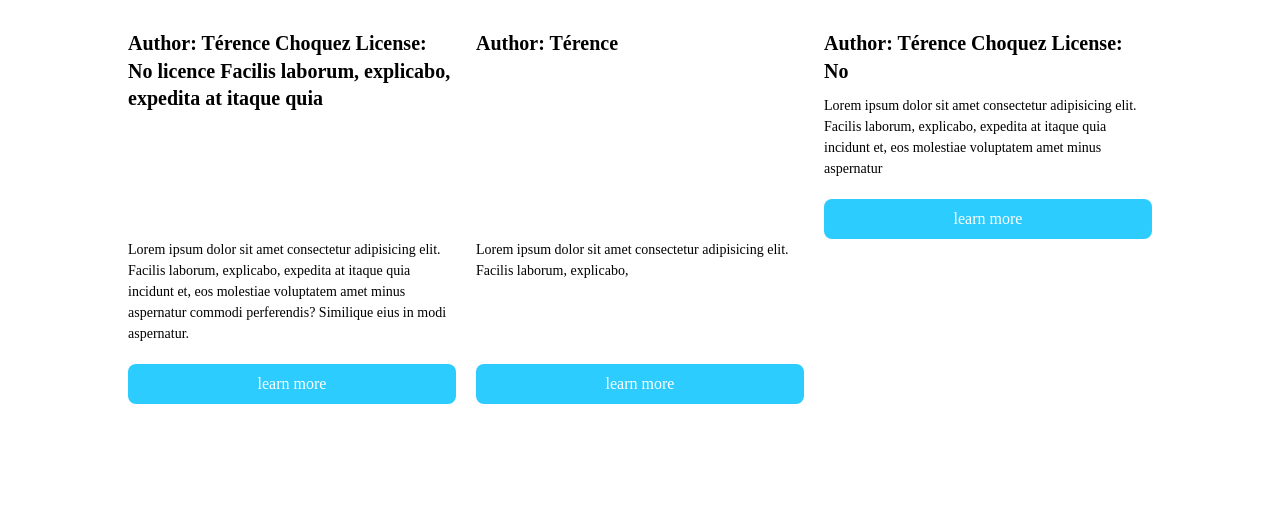
Repository: dinhhaidh/subgrid
Page: index.html
An editor plug-in stored every save of this project. The page is shown before and after the next save, followed by the edit.
The browser window is 1280 px wide. The pictures show the part of the page from y = 220 to 740 px (the page is 740 px tall).

Above is the page before, as saved 2024-01-08 15:39:28.

### index.html
<!DOCTYPE html>
<html lang="en">
<head>
    <meta charset="UTF-8">
    <meta name="viewport" content="width=device-width, initial-scale=1.0">
    <title>Document</title>
    <link rel="stylesheet" href="style.css">
</head>
<body>
    <div class="card-list">
        <div class="card">
            <div class="card-image">
                <img src="https://images.unsplash.com/photo-1506946526854-9aad1ec915cb?q=80&w=1887&auto=format&fit=crop&ixlib=rb-4.0.3&ixid=M3wxMjA3fDB8MHxwaG90by1wYWdlfHx8fGVufDB8fHx8fA%3D%3D" alt="">
            </div>
            <h3 class="card-title">Author: Térence Choquez License: No licence Facilis laborum, explicabo, expedita at itaque quia</h3>
            <p class="card-desc">Lorem ipsum dolor sit amet consectetur adipisicing elit. Facilis laborum, explicabo, expedita at itaque quia incidunt et, eos molestiae voluptatem amet minus aspernatur commodi perferendis? Similique eius in modi aspernatur.
            </p>
            <a href="#" class="card-more">learn more</a>
        </div>
        <div class="card">
            <div class="card-image">
                <img src="https://images.unsplash.com/photo-1506946526854-9aad1ec915cb?q=80&w=1887&auto=format&fit=crop&ixlib=rb-4.0.3&ixid=M3wxMjA3fDB8MHxwaG90by1wYWdlfHx8fGVufDB8fHx8fA%3D%3D" alt="">
            </div>
            <h3 class="card-title">Author: Térence </h3>
            <p class="card-desc">Lorem ipsum dolor sit amet consectetur adipisicing elit. Facilis laborum, explicabo,</p>
            <a href="#" class="card-more">learn more</a>
        </div>
        <div class="card">
            <div class="card-image">
                <img src="https://images.unsplash.com/photo-1506946526854-9aad1ec915cb?q=80&w=1887&auto=format&fit=crop&ixlib=rb-4.0.3&ixid=M3wxMjA3fDB8MHxwaG90by1wYWdlfHx8fGVufDB8fHx8fA%3D%3D" alt="">
            </div>
            <div class="card-content">
                <h3 class="card-title">Author: Térence Choquez License: No </h3>
                <p class="card-desc">Lorem ipsum dolor sit amet consectetur adipisicing elit. Facilis laborum, explicabo, expedita at itaque quia incidunt et, eos molestiae voluptatem amet minus aspernatur
                </p>
                <a href="#" class="card-more">learn more</a>
            </div>
        </div>
    </div>
</body>
</html>

### style.css
*,
*:before,
*:after {
  box-sizing: border-box;
}
* {
  margin: 0;
  padding: 0;
  font: inherit;
}
img,
picture,
svg,
video {
  display: block;
  max-width: 100%;
}
input,
select,
textarea {
  background-color: transparent;
  outline: none;
}
button {
  cursor: pointer;
  background-color: transparent;
  outline: none;
  border: 0;
}
body {
  min-height: 100vh;
  font-weight: 400;
  font-size: 16px;
  line-height: 1;
}
.card-list{
    display: grid;
    grid-template-columns: repeat(3, minmax(0, 1fr));
    gap: 20px;
    max-width: 1024px;
    margin: 20px auto;
}
.card-image{
    height: 200px;
    margin-bottom: 20px;
}
.card-image img {
    width: 100%;
    height: 100%;
    object-fit: cover;
}
.card-title{
    font-size: 20px;
    font-weight: 600;
    margin-bottom: 10px;
    margin-top: 10px;
    line-height: 1.375;
}
.card-desc{
    font-size: 14px;
    line-height: 1.5;
    margin-bottom: 20px;
}
.card-more{
    display: block;
    text-decoration: none;
    color: white;
    background-color: #2cccff;
    padding: 12px;
    border-radius: 8px;
    text-align: center;
}
.card{
    display: grid;
    grid-template-rows: subgrid;
    grid-row: span  4;
    /* grid-row: span  4; nó tương ứng vs 4 phần tử */
    gap: 0;

}

After the next save:
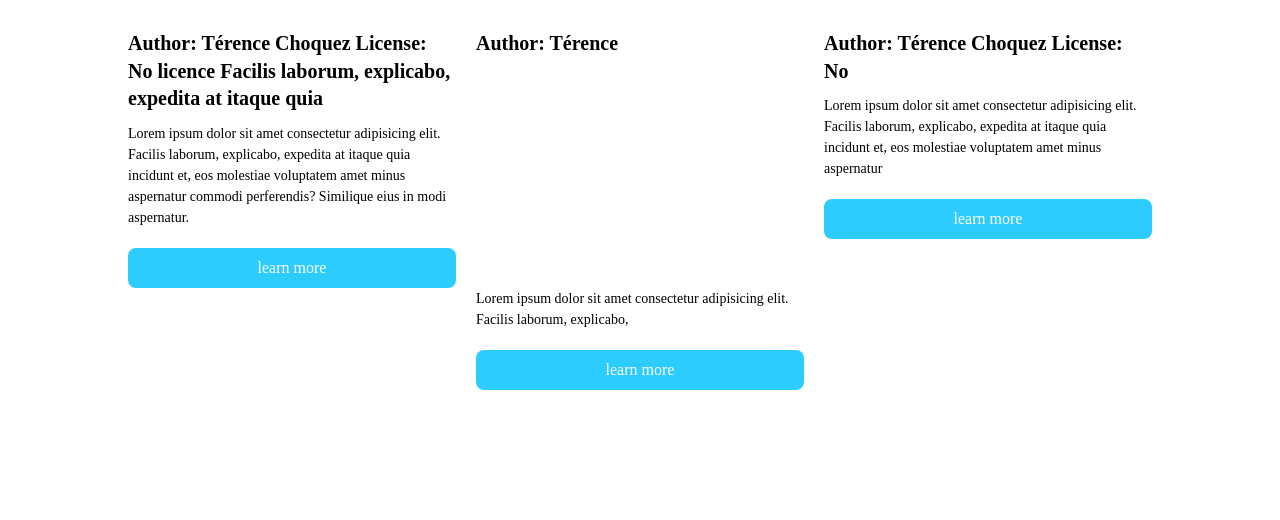
Saved 56 s later.
--- a/index.html
+++ b/index.html
@@ -12,10 +12,12 @@
             <div class="card-image">
                 <img src="https://images.unsplash.com/photo-1506946526854-9aad1ec915cb?q=80&w=1887&auto=format&fit=crop&ixlib=rb-4.0.3&ixid=M3wxMjA3fDB8MHxwaG90by1wYWdlfHx8fGVufDB8fHx8fA%3D%3D" alt="">
             </div>
-            <h3 class="card-title">Author: Térence Choquez License: No licence Facilis laborum, explicabo, expedita at itaque quia</h3>
-            <p class="card-desc">Lorem ipsum dolor sit amet consectetur adipisicing elit. Facilis laborum, explicabo, expedita at itaque quia incidunt et, eos molestiae voluptatem amet minus aspernatur commodi perferendis? Similique eius in modi aspernatur.
-            </p>
-            <a href="#" class="card-more">learn more</a>
+            <div class="card-content">
+                <h3 class="card-title">Author: Térence Choquez License: No licence Facilis laborum, explicabo, expedita at itaque quia</h3>
+                <p class="card-desc">Lorem ipsum dolor sit amet consectetur adipisicing elit. Facilis laborum, explicabo, expedita at itaque quia incidunt et, eos molestiae voluptatem amet minus aspernatur commodi perferendis? Similique eius in modi aspernatur.
+                </p>
+                <a href="#" class="card-more">learn more</a>
+            </div>
         </div>
         <div class="card">
             <div class="card-image">
